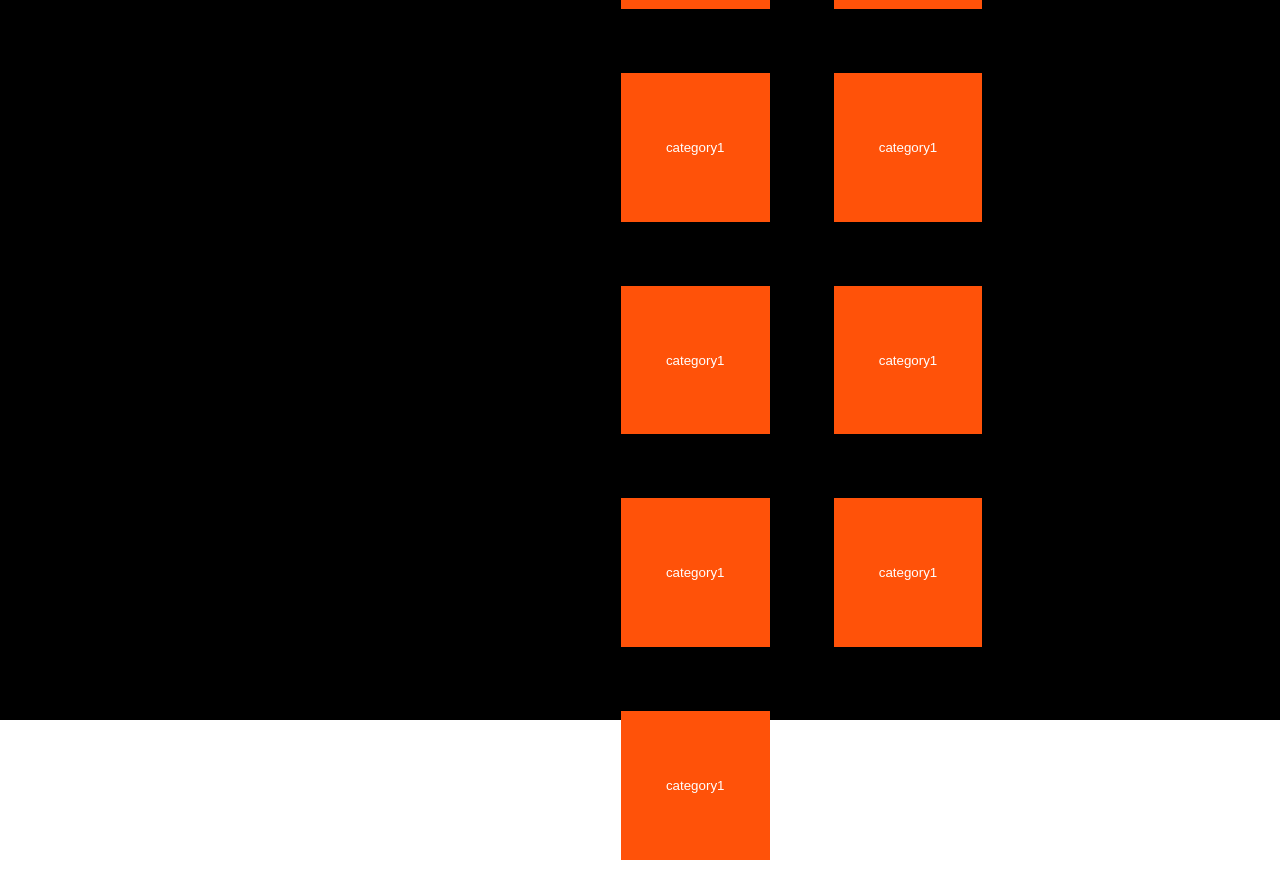
Repository: drumsmanku/react-capstone-project-2
Page: /categories
An editor plug-in stored every save of this project. The page is shown before and after the next save, followed by the edit.
The browser window is 1280 px wide. The pictures show the whole page.
Some web fonts or font styles are not loaded; a fallback is used. The project was rebuilt for these pictures with package versions that can differ from the ones it lists, and the page was loaded fresh each time. Also part of the build but not shown: src/components/RegistrationPage.js, src/components/SubmitSuccess.js.

Above is the page before, as saved 2023-05-24 08:46:46.

### src/index.css
body,html{
  padding: 0;
  margin: 0;
}

### src/App.js
import './App.css';
import RegistrationPage from './components/RegistrationPage';
import SubmitSuccess from './components/SubmitSuccess';
import CategoriesPage from './components/CategoriesPage';
import { BrowserRouter as Router, Route, Routes} from 'react-router-dom';
function App() {
  const categories=['category1', 'category1','category1','category1','category1','category1','category1', 'category1','category1',];
  const colors=['#FF5209', '#FF5209','#FF5209','#FF5209','#FF5209','#FF5209','#FF5209','#FF5209','#FF5209',]
  return (
    <div className='App'>
      <Router>
        <Routes>
          <Route path='/' element={<RegistrationPage />}/>
          <Route path='/success' element={<SubmitSuccess/>}/>
          <Route path='/categories' element={<CategoriesPage categories={categories} backgroundcolor={colors} />}/>
        </Routes>
      </Router>
    </div>
  );
}

export default App;

### src/App.css
.App {
  margin: 0;
  padding: 0;

}

### src/components/CategoriesPage.js
import React from 'react'
import './CategoriesPage.css'

function CategoriesPage(props) {
  const{categories, backgroundcolor}=props
  return (
    <div className='container'>
      <div className='first-container'>

      </div>
      <div className='second-container'>
        <div className='category-container'>
          {categories.map((category, index)=>(
            <button style={{border:'none', background:'none',color:'white', backgroundColor:backgroundcolor[index], height:'9.3rem', width:'9.3rem', margin:'2rem'}} key={index}>{category}</button>
          ))}
        </div>
        <div>
          {/* next page button */}
        </div>

      </div>
    </div>
  )
}

export default CategoriesPage

### src/components/RegistrationPage.css
@import url('https://fonts.googleapis.com/css2?family=Roboto:wght@900&display=swap');
@import url('https://fonts.googleapis.com/css2?family=Single+Day&display=swap');
@import url('https://fonts.googleapis.com/css2?family=DM+Sans&display=swap');
.reg-page{
  background-image: url('../Assets/back1.png');
  background-size: 50% 120%;
  background-repeat: no-repeat;
  height: 100vh;

  background-color: black;
  display: flex;
}
.first-div{
  font-family:'Roboto';
  color: white;
  width: 50%;
  height: 100vh;
  display: flex;
  justify-content: center;
  position: relative;
}
.first-first-div{
  width: 70%;
  position: absolute;
  bottom: 4.5rem;
}
.first-first-div h1{
  font-size: 3rem;
  padding: 0;
  margin: 0;
}
.second-div{
  height: inherit;
  width: 50%;
  display: flex;
  flex-direction: column;
  justify-content: center;
  align-items: center;
  color: white;
}
.second-div h1{
  font-family: 'Single Day';
  font-size: 3.3rem;
  color: #72DB73;
  font-weight: 400;
  margin: 0;
}
.second-div h4{
  font-family: 'DM Sans';
  font-weight: 200;
  margin-bottom: 2rem;
  margin-top: 1rem;
  font-size: 1.1rem;
}
form{
  display: flex;
  flex-direction: column;
}
form input[type=text]{
  margin: 0.7rem;
  width: 23rem;
  height: 2.9rem;
  border: none;
  background-color: #292929;
  border-radius: 0.1rem;
  font-family: 'DM Sans';
}
form input[type=number]{
  margin: 0.7rem;
  width: 23rem;
  height: 2.9rem;
  border: none;
  background-color: #292929;
  border-radius: 0.1rem;
  font-family: 'DM Sans';

}
form input[type=email]{
  margin: 0.7rem;
  width: 23rem;
  height: 2.9rem;
  border: none;
  background-color: #292929;
  border-radius: 0.1rem;
  font-family: 'DM Sans';
}

form input::placeholder{
  padding-left: 0.9rem;
  font-size: 1rem;
}
.checkbox1{
  width: 100%;
  display: flex;
  padding-left: 0.5rem;
  font-family: 'DM Sans';
  margin: 1.6rem 0 1.6rem 0;
  font-size: 0.9rem;
}
.checkbox1 input[type="checkbox"]{
  margin-right: 1rem;
  border: none;
  transform: scale(1.4);
}
form button{
  background-color: #72DB73;
  border: none;
  height: 3rem;
  width: 23rem;
  border-radius: 2.2rem;
  font-size: 1.4rem;
  font-family: 'DM Sans';
  font-weight: 600;
  color: white;
  letter-spacing: 0.2rem;
}

### src/components/CategoriesPage.css
.container{
  display:flex;
  background-color: black;
  height: 100vh;
  width: 100%;
}
.first-container{
  height: inherit;
  width: 40%;
}

.second-container{
  height: inherit;
  width: 60%;
  display: flex;
  flex-direction: column;
  justify-content: center;
  align-items: center;

}
.category-container{
  width: 80%;
}

Loaded but not shown: public/index.html (common file); src/index.js (common file)

After the next save:
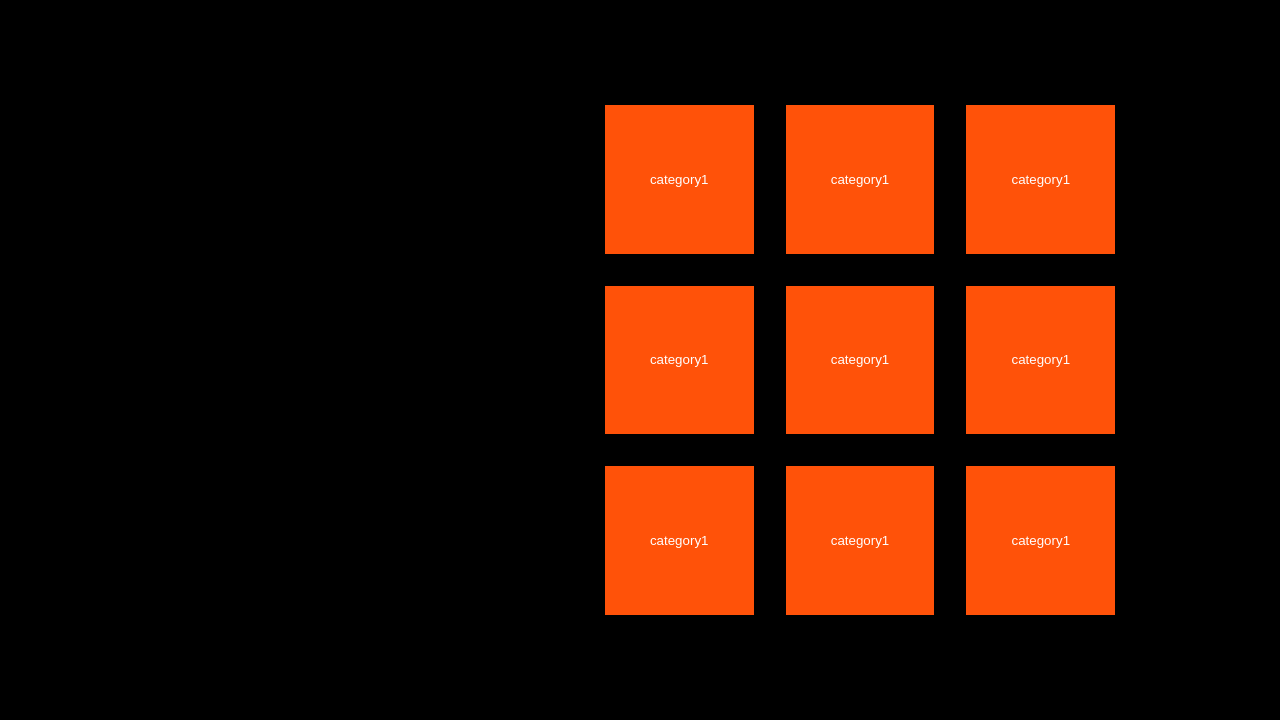
Saved 17 s later.
--- a/src/components/CategoriesPage.js
+++ b/src/components/CategoriesPage.js
@@ -11,7 +11,7 @@ function CategoriesPage(props) {
       <div className='second-container'>
         <div className='category-container'>
           {categories.map((category, index)=>(
-            <button style={{border:'none', background:'none',color:'white', backgroundColor:backgroundcolor[index], height:'9.3rem', width:'9.3rem', margin:'2rem'}} key={index}>{category}</button>
+            <button style={{border:'none', background:'none',color:'white', backgroundColor:backgroundcolor[index], height:'9.3rem', width:'9.3rem', margin:'1rem'}} key={index}>{category}</button>
           ))}
         </div>
         <div>
